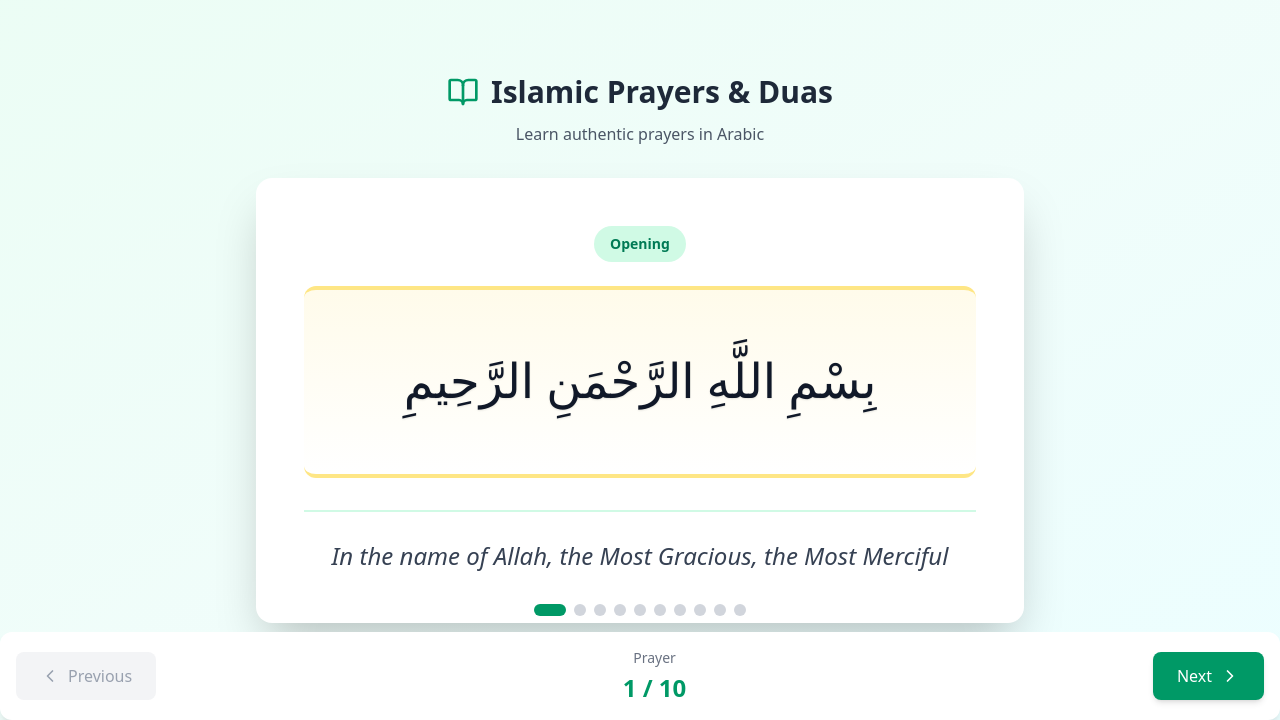
Repository: AbdulquddusMuhammad/prayerApp2.0
Page: /
The author's editor kept a copy of each file at every save. The page is drawn from the files as they stood at one save, then again after the next save.
The browser window is 1280 px wide. The pictures show the whole page.
Some web fonts or font styles are not loaded; a fallback is used. The project was rebuilt for these pictures with package versions that can differ from the ones it lists, and the page was loaded fresh each time. Also part of the build but not shown: vite.config.js.

Above is the page before, as saved 2026-01-18 09:20:44.

After the next save:
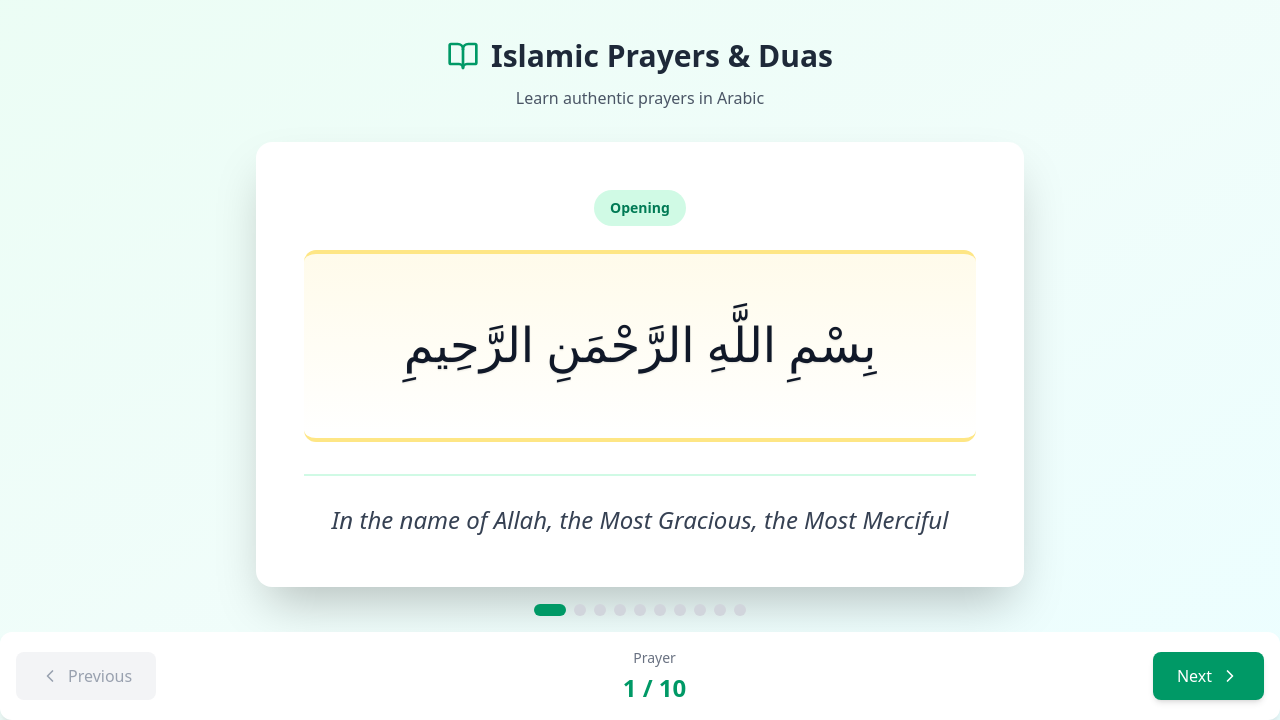
Saved 2 min 1 s later.
--- a/src/App.jsx
+++ b/src/App.jsx
@@ -99,7 +99,7 @@ const App = () => {
         </div>
 
         {/* Prayer Card */}
-        <div className="bg-white rounded-2xl shadow-2xl p-8 md:p-12 mb-6">
+        <div className="bg-white rounded-2xl shadow-2xl p-8 md:p-12 mb-24">
           {/* Category Badge */}
           <div className="text-center mb-6">
             <span className="inline-block px-4 py-2 bg-emerald-100 text-emerald-700 text-sm font-semibold rounded-full">{currentPrayer.category}</span>
